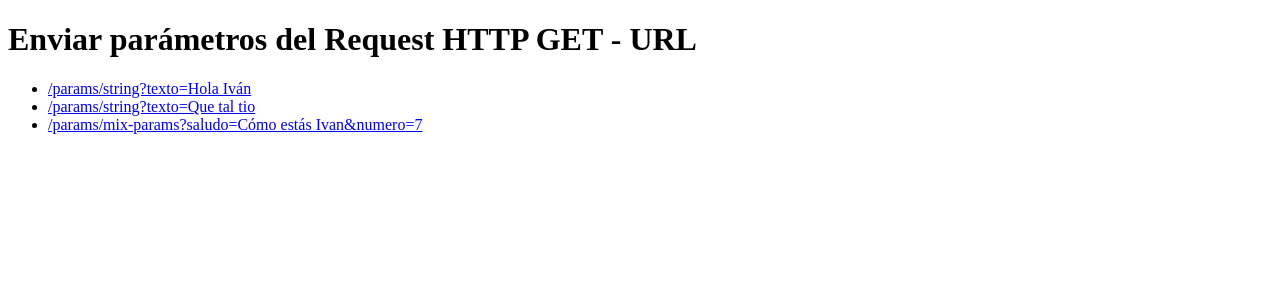
Repository: ivaperma/Curso-Spring
Page: http://localhost/params/index
These files come from the project's save history. The page is drawn as it stood at one moment and after the next save; the edit follows.
The browser window is 1280 px wide. The pictures show the whole page.
The page is this project's Thymeleaf template; nobody is signed in. The template is opened directly, without the code that normally fills it, so the values that code supplies are empty.

Above is the page before, as saved 2023-03-06 15:13:16.

After the next save:
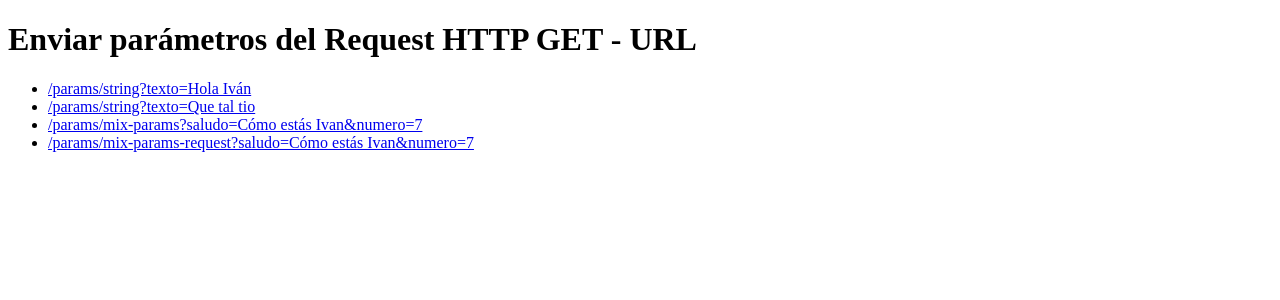
Saved 26 s later.
--- a/spring-boot-web/src/main/resources/templates/params/index.html
+++ b/spring-boot-web/src/main/resources/templates/params/index.html
@@ -15,6 +15,7 @@
 		<li><a th:href="@{/params/string(texto='Hola Iván')}">/params/string?texto=Hola Iván</a></li>
 		<li><a th:href="@{/params/string(texto='Que tal tio')}">/params/string?texto=Que tal tio</a></li>
 		<li><a th:href="@{/params/mix-params(saludo='Cómo estás Ivan', numero=7)}">/params/mix-params?saludo=Cómo estás Ivan&numero=7</a></li>
+		<li><a th:href="@{/params/mix-params-request(saludo='Cómo estás Ivan', numero=7)}">/params/mix-params-request?saludo=Cómo estás Ivan&numero=7</a></li>
 	</ul>
 
 </body>
